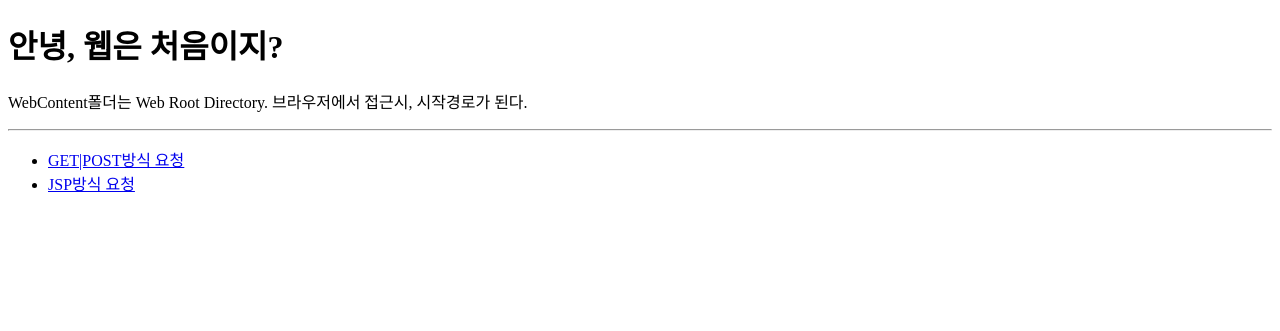
Repository: uriquely/web_server_assignment
Page: 210206_server_assignment/01_HelloWeb/WebContent/index.html
An editor plug-in stored every save of this project. The page is shown before and after the next save, followed by the edit.
The browser window is 1280 px wide. The pictures show the whole page.

Above is the page before, as saved 2021-02-02 06:17:55.

After the next save:
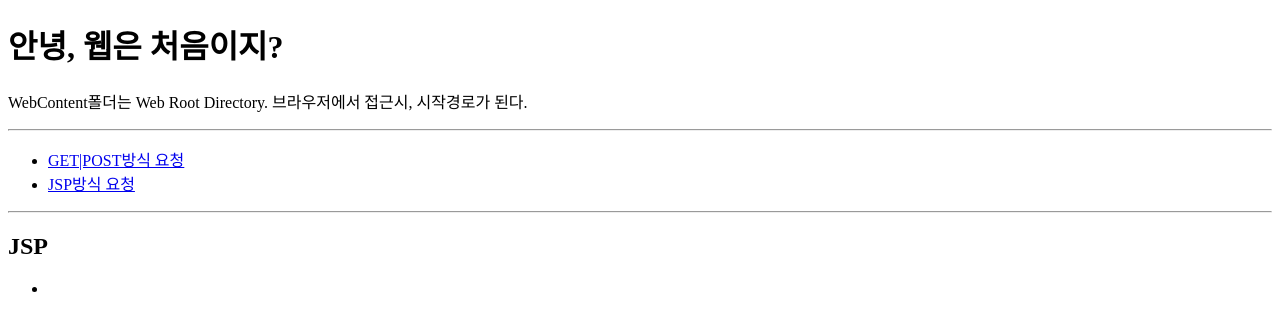
Saved 18 h 59 min later.
--- a/210206_server_assignment/01_HelloWeb/WebContent/index.html
+++ b/210206_server_assignment/01_HelloWeb/WebContent/index.html
@@ -26,5 +26,11 @@
 			<li><a href="/web/servlet/testPerson1.html">GET|POST방식 요청</a></li>
 			<li><a href="/web/servlet/testPerson2.html">JSP방식 요청</a></li>
 		</ul>
+		<hr />
+		<h2>JSP</h2>
+		<!-- ul+>a -->
+		<ul>
+			<li><a href="/web/jsp/sum.jsp"></a></li>
+		</ul>
 	</body>
 </html>
